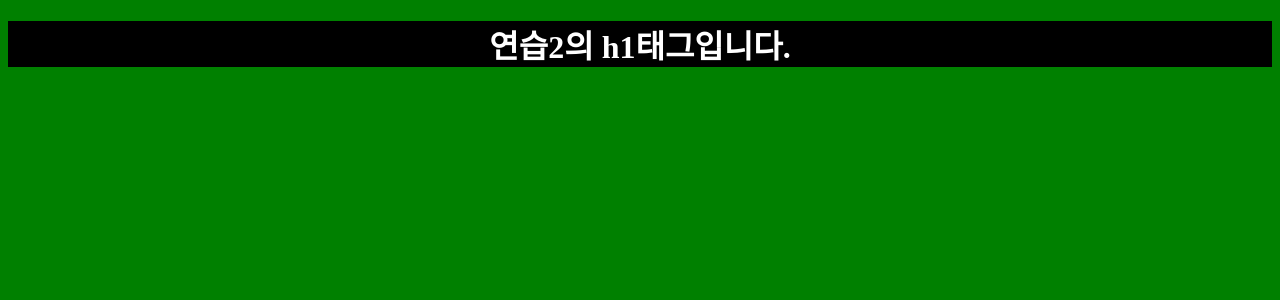
Repository: kmg8138/html
Page: 2020.04.06/ex0406/WebContent/ex02.html
These files come from the project's save history. The page is drawn as it stood at one moment and after the next save; the edit follows.
The browser window is 1280 px wide. The pictures show the whole page.

Above is the page before, as saved 2020-04-06 01:08:21.

After the next save:
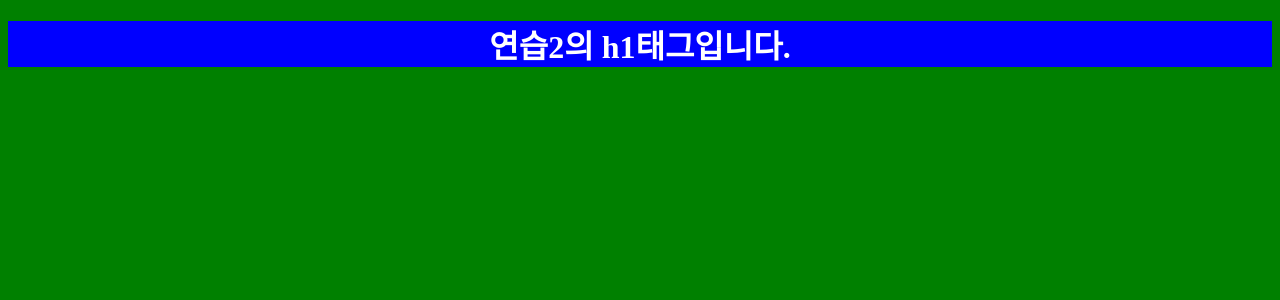
Saved 57 s later.
--- a/2020.04.06/ex0406/WebContent/ex02.html
+++ b/2020.04.06/ex0406/WebContent/ex02.html
@@ -4,6 +4,9 @@
 	<meta charset="UTF-8">
 	<title>연습2</title>
 	<link rel="stylesheet" href="home.css"/>
+	<style>
+		h1{background: blue;}
+	</style>
 </head>
 <body>
 	<h1>연습2의 h1태그입니다.</h1>

After the save that followed:
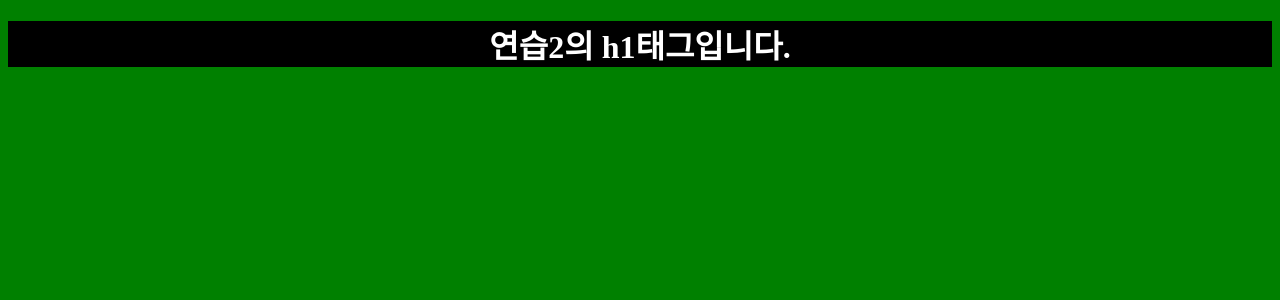
Saved 54 s later.
--- a/2020.04.06/ex0406/WebContent/ex02.html
+++ b/2020.04.06/ex0406/WebContent/ex02.html
@@ -3,10 +3,11 @@
 <head>
 	<meta charset="UTF-8">
 	<title>연습2</title>
-	<link rel="stylesheet" href="home.css"/>
+
 	<style>
 		h1{background: blue;}
 	</style>
+	<link rel="stylesheet" href="home.css"/>
 </head>
 <body>
 	<h1>연습2의 h1태그입니다.</h1>
